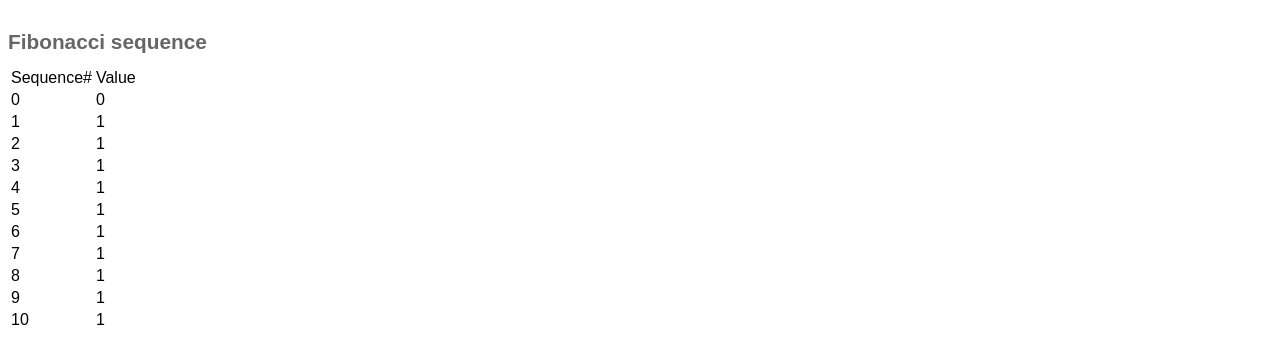
Repository: hhugohm/php_basic
Page: http://localhost/src/fibonnacci.php
An editor plug-in stored every save of this project. The page is shown before and after the next save, followed by the edit.
The browser window is 1280 px wide. The pictures show the whole page.
The page is run by PHP 8.4 with error messages shown; the project is at /var/www/html/.

Above is the page before, as saved 2017-06-08 22:29:17.

After the next save:
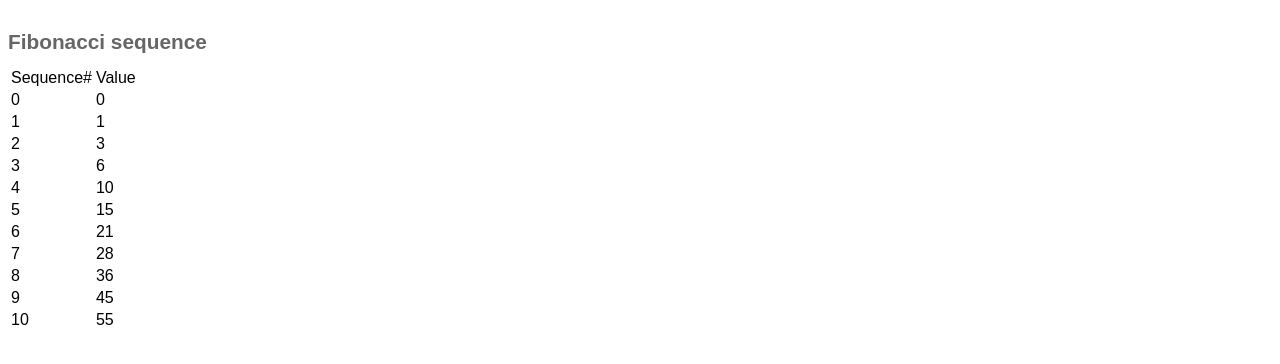
Saved 55 s later.
--- a/php_unidad4/src/fibonnacci.php
+++ b/php_unidad4/src/fibonnacci.php
@@ -18,6 +18,9 @@ for($count ;$count<11;$count++){
 	if($count==0 || $count==1){
 		$fibonacci=$count;
 	}
+	else{
+		$fibonacci= $fibonacci +$count;
+	}
 echo "<tr>
 		<td>$count</td>
 		<td>$fibonacci</td>
